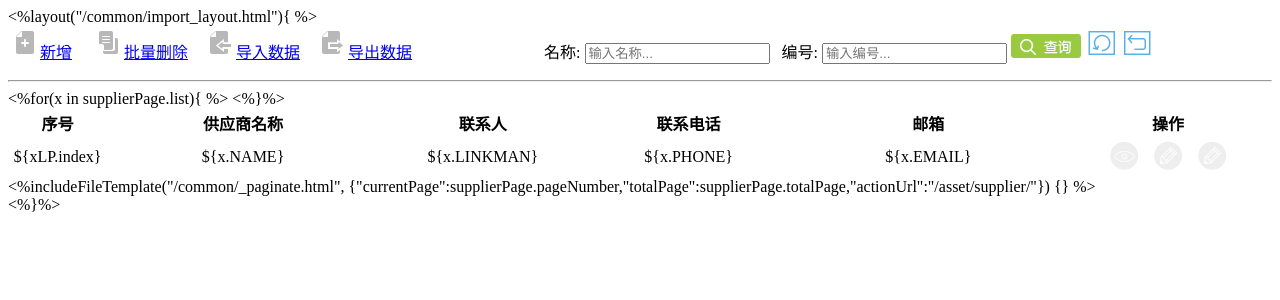
Repository: GaoChengliang/summerTask
Page: Campus_gcl/WebRoot/asset_management/supplier/supplier.html
An editor plug-in stored every save of this project. The page is shown before and after the next save, followed by the edit.
The browser window is 1280 px wide. The pictures show the whole page.

Above is the page before, as saved 2015-09-09 01:00:30.
Console error: ReferenceError: $ is not defined

After the next save:
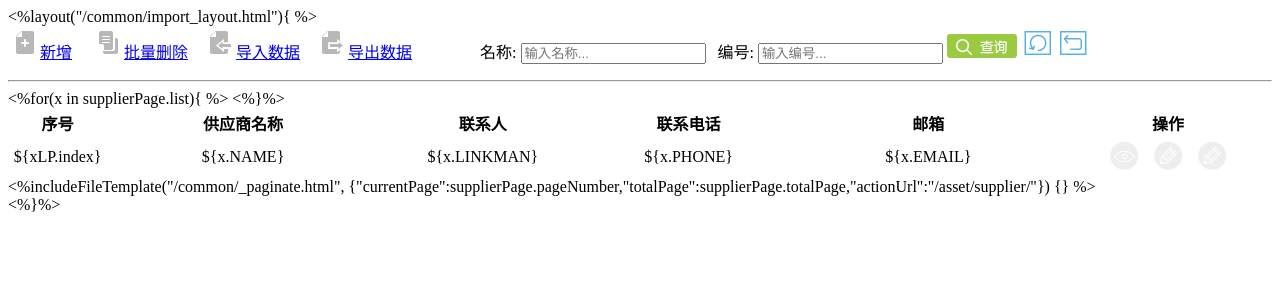
Saved 55 s later.
--- a/Campus_gcl/WebRoot/asset_management/supplier/supplier.html
+++ b/Campus_gcl/WebRoot/asset_management/supplier/supplier.html
@@ -8,7 +8,7 @@
 			<a name="in_data_link" href="#"><img src="/img/logo/in_data.png" alt="导入数据" />导入数据</a>&nbsp;&nbsp;&nbsp;
 			<a name="out_data_link" href="#"><img src="/img/logo/out_data.png" alt="导出数据" />导出数据</a>
 
-			&nbsp;&nbsp;&nbsp;&nbsp;&nbsp;&nbsp;&nbsp;&nbsp;&nbsp;&nbsp;&nbsp;&nbsp;&nbsp;&nbsp;&nbsp;
+
 			&nbsp;&nbsp;&nbsp;&nbsp;&nbsp;&nbsp;&nbsp;&nbsp;&nbsp;&nbsp;&nbsp;&nbsp;&nbsp;&nbsp;&nbsp;
 			<label>名称:</label> <input placeholder="输入名称..." type="text" />&nbsp;&nbsp;
 			<label>编号:</label> <input placeholder="输入编号..." type="text" /> <a href="#"><img src="/img/logo/query.png" alt="查询" /></a>
